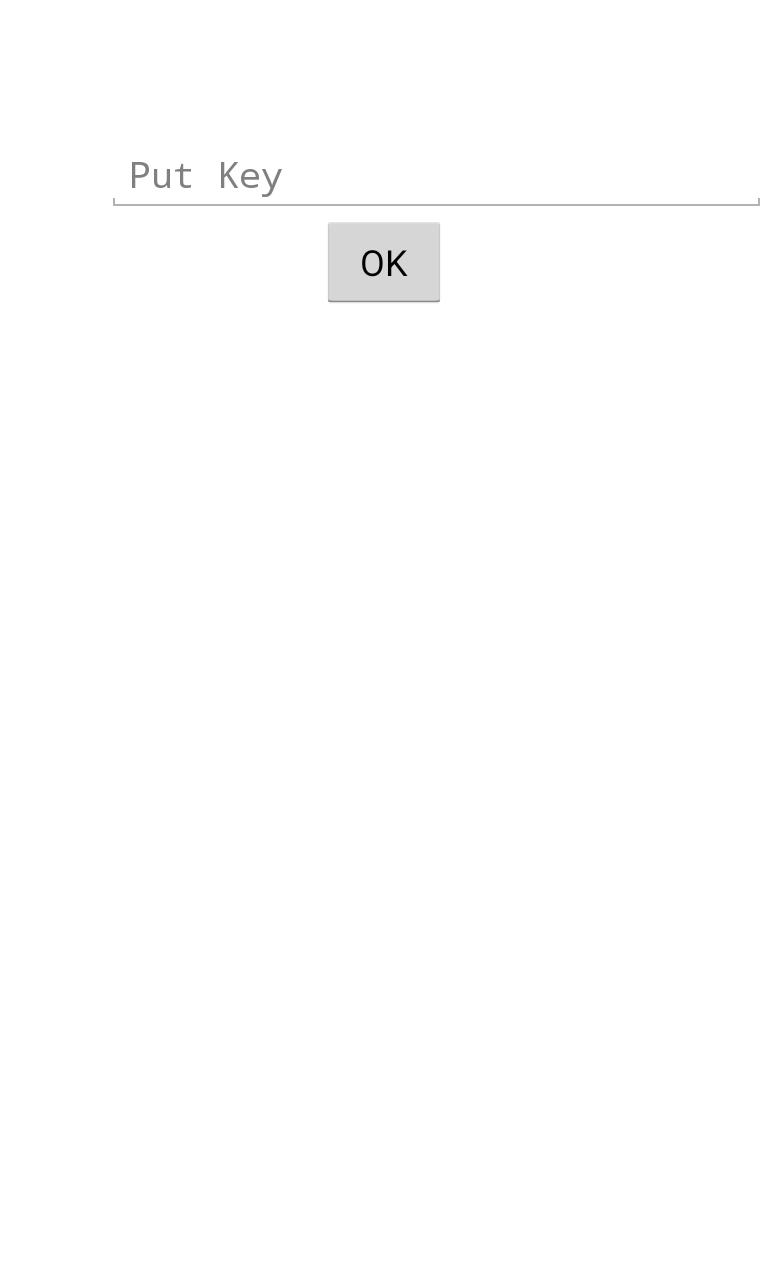
Repository: LennoxAlexion/UID
Layout: Android App/Uid-Project/res/layout/activity_qr_result.xml
The author's editor kept a copy of each file at every save. The layout is drawn from the files as they stood at one save, then again after the next save.
It is drawn on a 768 x 1280 px phone screen (xhdpi) without system bars, with theme AppTheme; the app's code is not run.

Above is the layout before, as saved 2015-03-29 06:53:44.

### Android App/Uid-Project/res/layout/activity_qr_result.xml
<?xml version="1.0" encoding="utf-8"?>
<LinearLayout xmlns:android="http://schemas.android.com/apk/res/android"
    android:layout_width="match_parent"
    android:layout_height="match_parent"
    android:orientation="vertical" >

    <TextView
        android:layout_width="wrap_content"
        android:layout_height="wrap_content"
        android:text="Scanned Code: "
        android:textColor="@android:color/white"
        android:textSize="20dp" />

    <TextView
        android:id="@+id/Scanned_Code"
        android:layout_width="wrap_content"
        android:layout_height="wrap_content"
        android:text="SampleCode"
        android:textColor="@android:color/white"
        android:textSize="30dp" />

    <RelativeLayout
        android:id="@+id/Rel"
        android:layout_width="fill_parent"
        android:layout_height="wrap_content" >

        <TextView
            android:layout_width="wrap_content"
            android:layout_height="wrap_content"
            android:layout_alignParentLeft="true"
            android:text="Key: "
            android:id="@+id/TVKey"
            android:textColor="@android:color/white"
            android:textSize="20dp"
            android:padding="5dp"/>

        <EditText
            android:layout_width="match_parent"
            android:layout_height="wrap_content"
            android:hint="Put Key"
            android:layout_toRightOf="@id/TVKey"
            android:layout_alignParentRight="true"
            android:inputType="textPassword"
            android:id="@+id/KeyET"/>
    </RelativeLayout>

    <Button
        android:layout_width="wrap_content"
        android:layout_height="wrap_content"
        android:layout_gravity="center_horizontal"
        android:text="OK"
        android:id="@+id/SubmitButton" />

    <TextView
        android:layout_width="wrap_content"
        android:layout_height="wrap_content"
        android:layout_marginTop="15dp"
        android:text="Decoded Text: "
        android:textColor="@android:color/white"
        android:textSize="20dp" />

    <TextView
        android:id="@+id/Result"
        android:layout_width="wrap_content"
        android:layout_height="wrap_content"
        android:text="Sample"
        android:textColor="@android:color/white"
        android:textSize="30dp" />

</LinearLayout>

Loaded but not shown: Android App/Uid-Project/res/values/styles.xml (common file); Android App/Uid-Project/res/values-v11/styles.xml (common file); Android App/Uid-Project/res/values-v14/styles.xml (common file); Android App/Uid-Project/res/values-v21/styles.xml (common file)

After the next save:
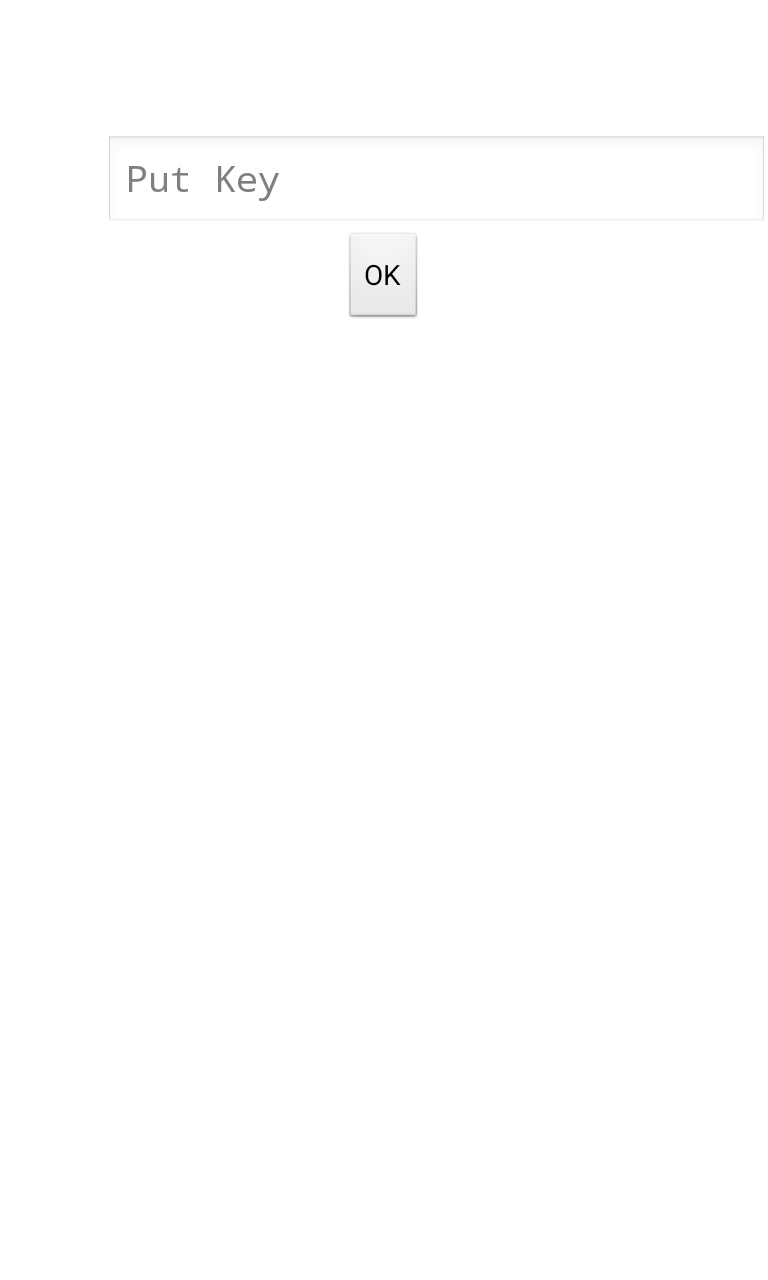
Saved 62 s later.
--- a/Android App/Uid-Project/res/layout/activity_qr_result.xml
+++ b/Android App/Uid-Project/res/layout/activity_qr_result.xml
@@ -2,7 +2,8 @@
 <LinearLayout xmlns:android="http://schemas.android.com/apk/res/android"
     android:layout_width="match_parent"
     android:layout_height="match_parent"
-    android:orientation="vertical" >
+    android:orientation="vertical"
+    android:theme="@android:style/Theme.Black">
 
     <TextView
         android:layout_width="wrap_content"
